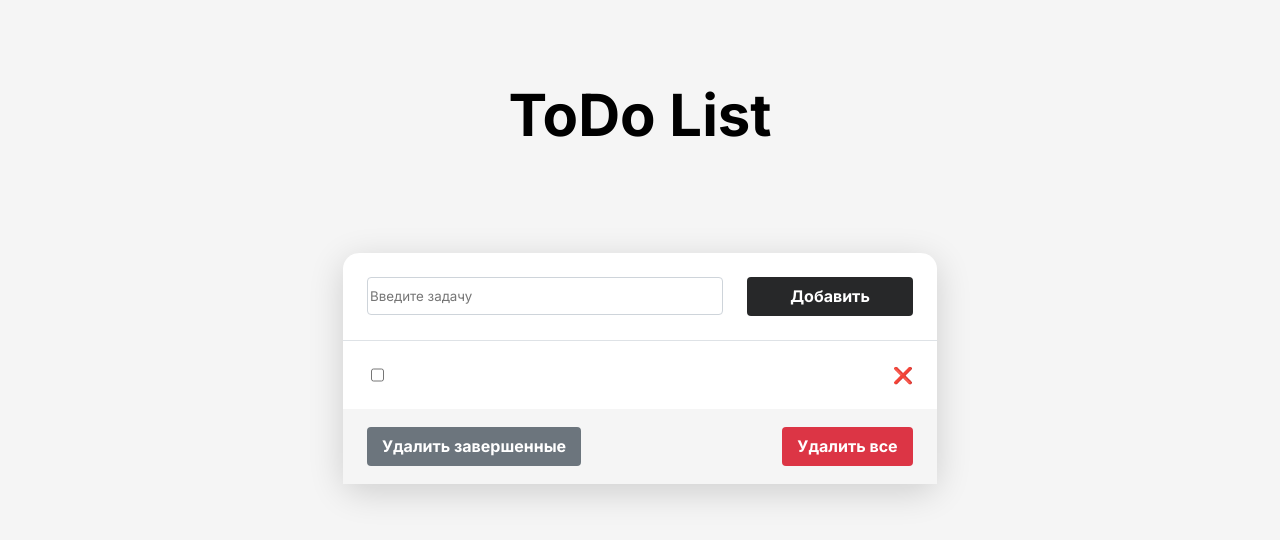
Repository: Tchistyakov/todolist
Page: /, after clicking the first element matching `button.add`
An editor plug-in stored every save of this project. The page is shown before and after a run of saves, followed by the edit.
The browser window is 1280 px wide. The pictures show the whole page.
The project was rebuilt for these pictures with package versions that can differ from the ones it lists, and the page was loaded fresh each time.

Above is the page before, as saved 2021-11-29 15:40:03.

### src/App.js
import Body from './Body/Body';
import './App.css';

function App() {
  return (
    <>
      <Body />
    </>
  );
}

export default App;

### src/Body/Body.js
import Main from '../Main/Main'
import body from './body.module.css'

function Body() {
    return (
        <>
            <h1>ToDo List</h1>
            <div className={body.window}>
                <Main />
            </div>
        </>
    );
}

export default Body;

### src/App.css
/* .App {
  text-align: center;
}

.App-logo {
  height: 40vmin;
  pointer-events: none;
}

@media (prefers-reduced-motion: no-preference) {
  .App-logo {
    animation: App-logo-spin infinite 20s linear;
  }
}

.App-header {
  background-color: #282c34;
  min-height: 100vh;
  display: flex;
  flex-direction: column;
  align-items: center;
  justify-content: center;
  font-size: calc(10px + 2vmin);
  color: white;
}

.App-link {
  color: #61dafb;
}

@keyframes App-logo-spin {
  from {
    transform: rotate(0deg);
  }
  to {
    transform: rotate(360deg);
  }
} */

@import url("https://fonts.googleapis.com/css2?family=Inter:wght@300;400;700&family=Mulish&display=swap");

body,
html {
  margin: 0;
  padding: 0;
  text-decoration: none;
  background: #f5f5f5;
}

label {
  font-weight: normal;
  font-size: 16px;
  line-height: 21px;
  color: #54595e;
}

* {
  font-family: "Inter";
  border: none;
}

h1 {
  text-align: center;
  position: relative;
  top: 80px;
  margin: 0;
  font-weight: bold;
  font-size: 58px;
  line-height: 70px;

  color: #000000;
}

span {
  color: red;
}

.task {
  max-width: 500px;
}

.div-flex {
  display: flex;
  justify-content: space-between;
}

.header {
  padding: 24px;
  border-bottom: 1px solid #dee2e6;
}

.main {
  overflow-wrap: break-word;
  padding: 24px;
}

.footer {
  padding: 18px 24px;
  background-color: #f5f5f5;
}

.inpt {
  background: #ffffff;
  border: 1px solid #ced4da;
  width: 356px;
  height: 38px;
  box-sizing: border-box;
  border-radius: 4px;
}

.add {
  width: 166px;
  height: 39px;
  background: #272829;
  border-radius: 4px;
  font-weight: 600;
  font-size: 16px;
  line-height: 19px;
  text-align: center;
  color: #ffffff;
}

.del-check {
  width: 214px;
  height: 39px;
  background: #6c757d;
  border-radius: 4px;
  font-weight: 600;
  font-size: 16px;
  line-height: 19px;
  text-align: center;
  color: #ffffff;
}

.del-all {
  width: 131px;
  height: 39px;
  background: #dc3545;
  border-radius: 4px;
  font-weight: 600;
  font-size: 16px;
  line-height: 19px;
  text-align: center;
  color: #ffffff;
}

.li {
  display: flex;
  justify-content: space-between;
  margin: 24px 0;
}

input:checked ~ label {
  text-decoration: line-through;
}

.list {
  margin: 0;
  padding: 0;
}

.x:hover {
  cursor: pointer;
}

### src/Main/Main.js
import React, { useState } from "react";

function Main() {

    let [todo, setTodos] = useState([])
    let [todoList, setTodoList] = useState('')

    function Tag(props) {
        const item = {
            checked: false,
            task: { todoList },
            id: 'id' + Number(new Date()),
        }

        function checkedChange() {
            item.checked = !item.checked
        }

        return (
            <div className='div-flex todo' id={item.id} >
                <input type="checkbox" checked={item.checked} onChange={() => checkedChange()} />
                <label className="task">{todoList}</label>
                <span className="x" onClick={() => clouseX(item.id)}>❌</span>
            </div>
        )
    }

    function addTask() {
        todo.push(<Tag />)
        setTodos(todo => [...todo])
        setTodoList('')
    }

    function clouseX(id) {
        todo.filter((elem) => {console.log(elem)})
    }

    //    function deletedAll() {
    //        let del = document.querySelectorAll('.todo')
    //        del.forEach((elem) => elem.remove())
    //    }

    //    function removeChecked() {
    //        let checked = document.querySelectorAll('input[type="checkbox"]:checked');
    //        checked.forEach((elem) => elem.parentElement.remove())
    //    }

    return (
        <>
            <header className="div-flex header">
                <div>
                    <input type="text" className="inpt" id="input"
                        placeholder="Введите задачу" value={todoList}
                        onChange={event => setTodoList(event.target.value)}
                    />
                </div>
                <div>
                    <button className="add" onClick={addTask}>Добавить</button>
                </div>
            </header>
            <main className="main">
                <ul type="none" id="todo" className="list">
                    {todo}
                </ul>
            </main>
            <footer className="div-flex footer">
                <div>
                    <button className="del-check" >Удалить завершенные</button>
                </div>
                <div>
                    <button className="del-all" >Удалить все</button>
                </div>
            </footer>
        </>
    )
}

export default Main

### src/Body/body.module.css
.window {
    position: relative;
    top: 183px;
    margin: 0 auto;
    width: 594px;
    min-height: 100px;
    background: #ffffff;
    box-shadow: 0px 8px 35px rgba(0, 0, 0, 0.16);
    border-radius: 16px;
  }

Loaded but not shown: public/index.html (common file); src/index.js (common file); src/index.css (common file); src/reportWebVitals.js (common file)

After the next 2 saves:
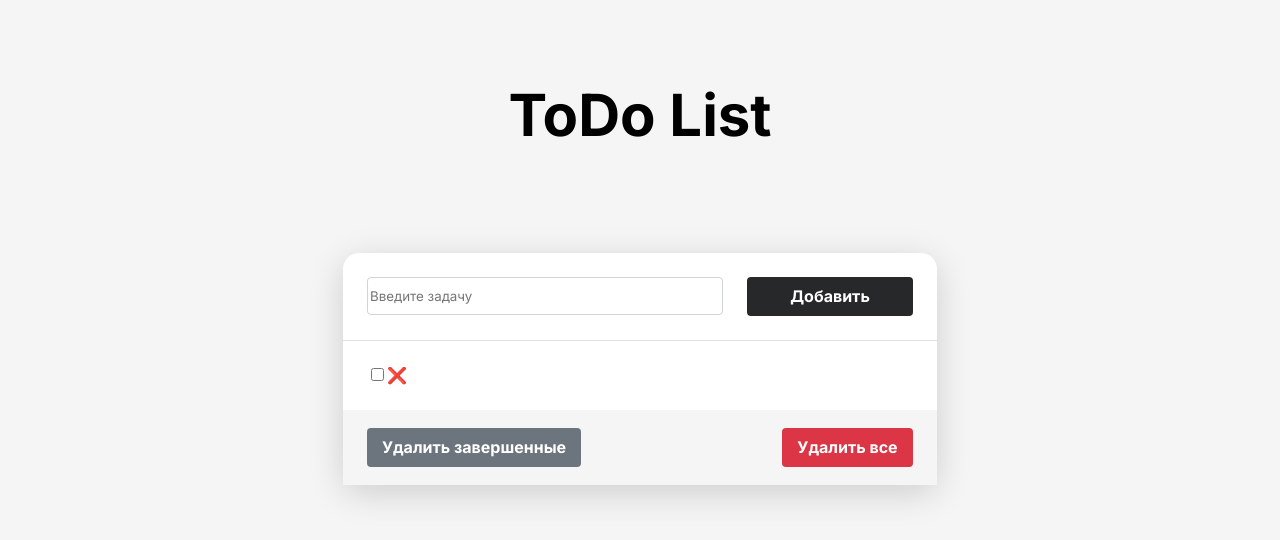
The 2 saves are shown as one change because 1 did not build or start.
The last was saved 2 min 10 s later.
--- a/src/Main/Main.js
+++ b/src/Main/Main.js
@@ -17,7 +17,7 @@ function Main() {
         }
 
         return (
-            <div className='div-flex todo' id={item.id} >
+            <div className={props.ti} id={item.id} >
                 <input type="checkbox" checked={item.checked} onChange={() => checkedChange()} />
                 <label className="task">{todoList}</label>
                 <span className="x" onClick={() => clouseX(item.id)}>❌</span>
